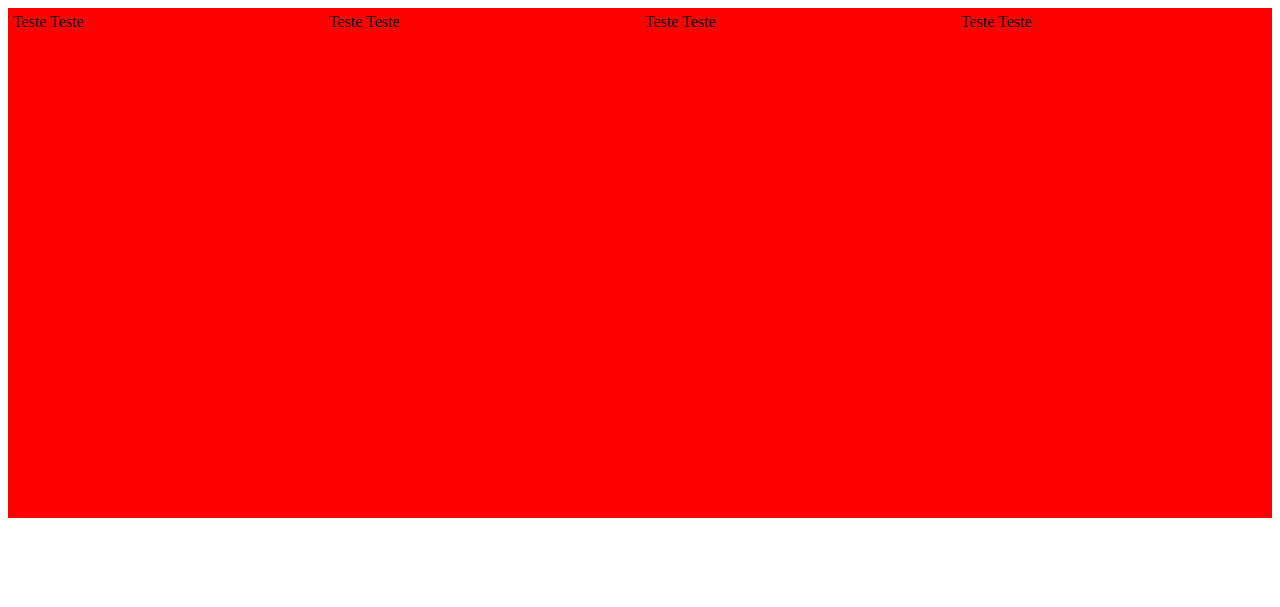
Repository: Leandromarim/Curso_Origamid
Page: index.html
The author's editor kept a copy of each file at every save. The page is drawn from the files as they stood at one save, then again after the next save.
The browser window is 1280 px wide. The pictures show the whole page.

Above is the page before, as saved 2023-07-19 00:26:28.

After the next save:
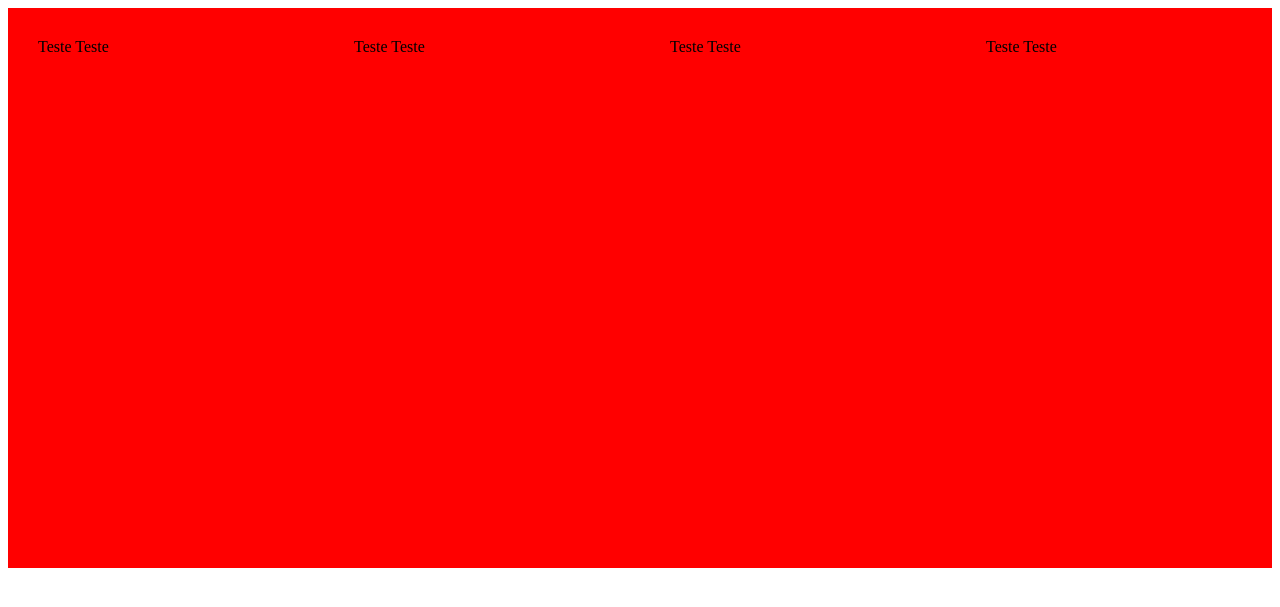
Saved 41 s later.
--- a/css/stylesheet.css
+++ b/css/stylesheet.css
@@ -10,5 +10,5 @@
     position: relative;
     width: 500px;
     height: 500px;
-    margin: 5px;
+    margin: 30px;
 }

After the save that followed:
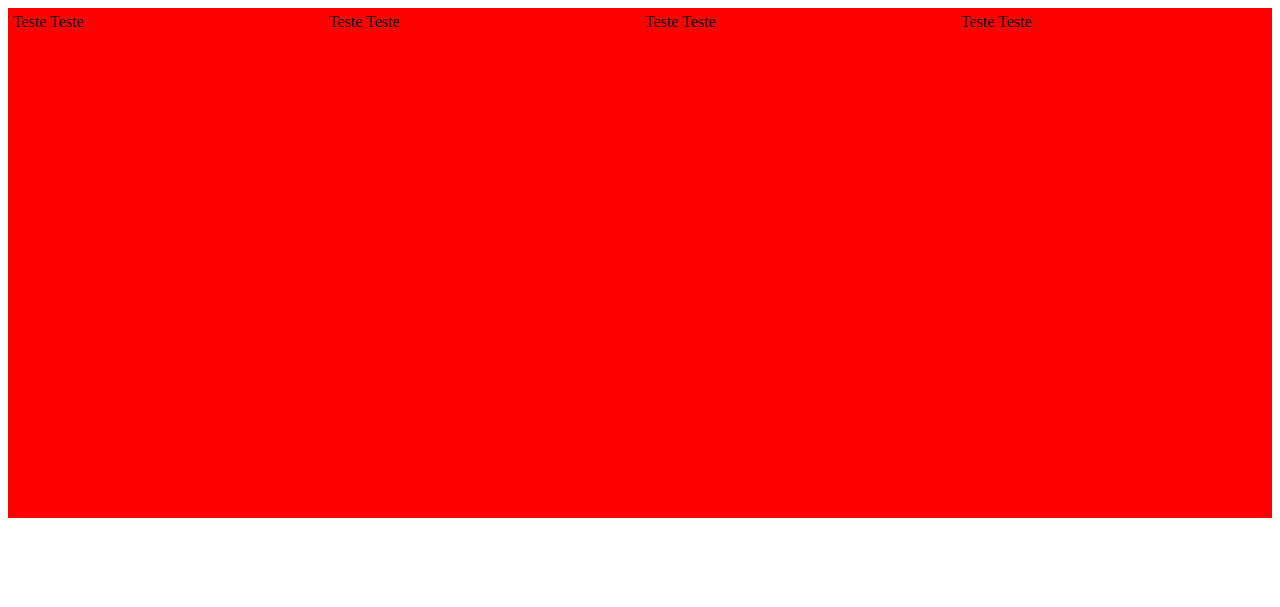
Saved 13 s later.
--- a/css/stylesheet.css
+++ b/css/stylesheet.css
@@ -10,5 +10,5 @@
     position: relative;
     width: 500px;
     height: 500px;
-    margin: 30px;
+    margin: 5px;
 }
